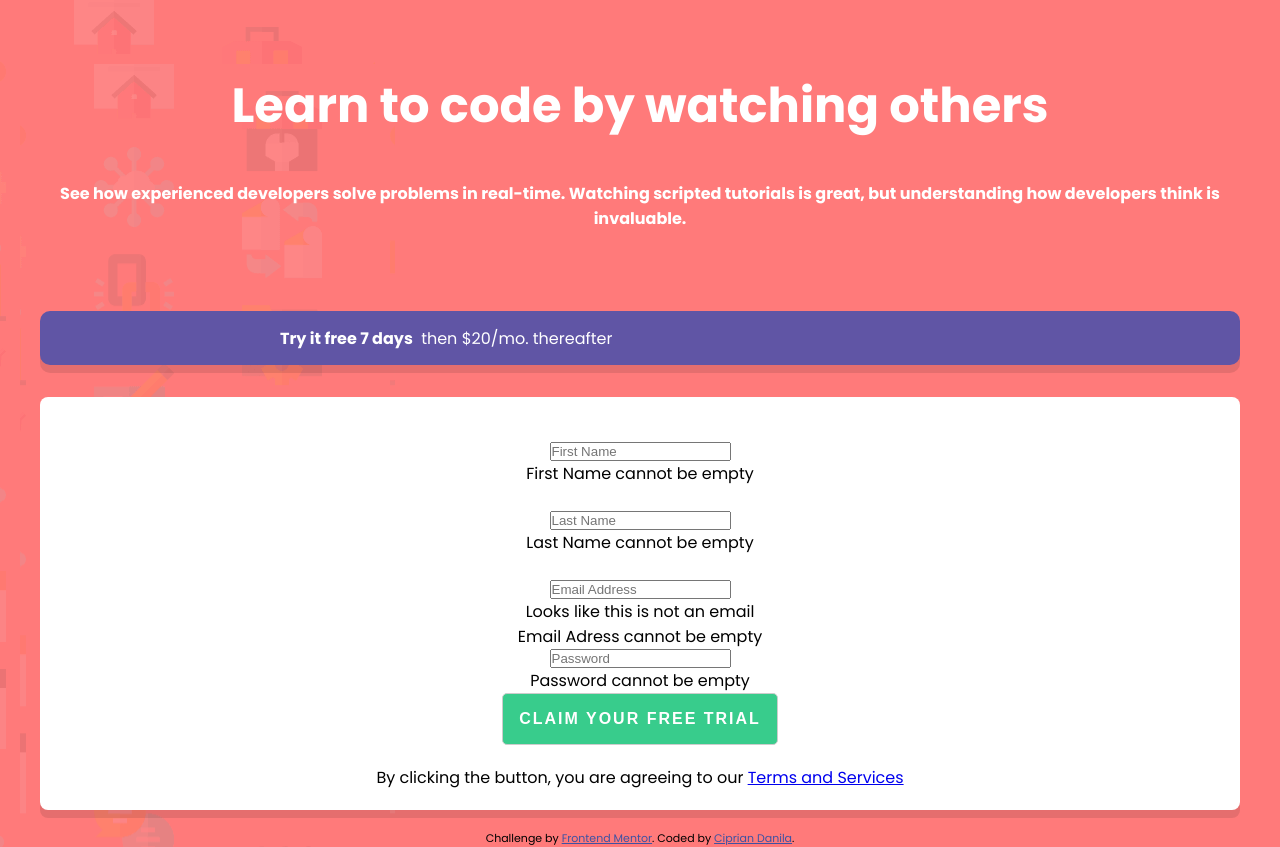
Repository: cipdanila/intro-component-with-sign-up-form
Page: index.html
The author's editor kept a copy of each file at every save. The page is drawn from the files as they stood at one save, then again after the next save.
The browser window is 1280 px wide. The pictures show the whole page.

Above is the page before, as saved 2024-02-14 19:24:23.

### index.html
<!DOCTYPE html>
<html lang="en">
    <head>
        <meta charset="UTF-8" />
        <meta name="viewport" content="width=device-width, initial-scale=1.0" />
        <!-- displays site properly based on user's device -->

        <link rel="icon" type="image/png" sizes="32x32" href="./images/favicon-32x32.png" />
        <link rel="stylesheet" href="css/styles.css" />
        <title>Frontend Mentor | Intro component with sign up form</title>
    </head>
    <body>
        <main>
            <div class="container">
                <section class="container-info">
                    <h1 class="learn-title">Learn to code by watching others</h1>
                    <p class="intro">
                        See how experienced developers solve problems in real-time. Watching scripted tutorials is great, but
                        understanding how developers think is invaluable.
                    </p>
                </section>
                <section class="container-form">
                    <h2 class="price-title"><span>Try it free 7 days</span> then $20/mo. thereafter</h2>
                    <div class="form">
                        <form action="" class="register-form">
                            <label for="fname"> </label><br />
                            <input type="text" name="fname" id="fname" class="input-field" placeholder="First Name" required />
                            <span class="error-message" id="fname-error">First Name cannot be empty</span>
                            <label for="lname"> </label><br />
                            <input type="text" name="lname" id="lname" placeholder="Last Name" required />
                            <span class="error-message" id="lname-error">Last Name cannot be empty</span>
                            <label for="email"> </label><br />
                            <input type="email" name="email" id="email" placeholder="Email Address" required />
                            <span class="error-message" id="email-error">Looks like this is not an email</span>
                            <span class="error-message" id="email-error2">Email Adress cannot be empty</span>
                            <label for="password"></label>
                            <input type="password" name="password" id="password" placeholder="Password" required />
                            <span class="error-message" id="password-error">Password cannot be empty</span>
                            <button type="submit" id="login-button">Claim your free trial</button>
                            <p>By clicking the button, you are agreeing to our <a class="terms" href="#">Terms and Services</a></p>
                        </form>
                    </div>
                </section>
            </div>
        </main>

        <footer>
            <div class="attribution">
                Challenge by
                <a
                    href="https://www.frontendmentor.io/challenges/intro-component-with-signup-form-5cf91bd49edda32581d28fd1/hub"
                    target="_blank"
                    rel="noopener noreferer"
                    >Frontend Mentor</a
                >. Coded by <a href="https://github.com/cipdanila" target="_blank" rel="noopener noreferer">Ciprian Danila</a>.
            </div>
        </footer>
    </body>
</html>

### css/styles.css
@import url("https://fonts.googleapis.com/css2?family=Poppins:wght@400;500;600;700&display=swap");

:root {
    /* Colors */
    /* Primary */
    --red: hsl(0, 100%, 74%);
    --green: hsl(154, 59%, 51%);
    /* Accent */
    --blue: hsl(248, 32%, 49%);
    /* Neutral */
    --dark-blue: hsl(249, 10%, 26%);
    --grayish-blue: hsl(246, 25%, 77%);
    --white: #fff;
    /* Other variables */
    --font-size-base: 1rem; /* 16px */
    --font-weight-base: 400;
}

*,
*::after,
*::before {
    margin: 0;
    padding: 0;
    box-sizing: border-box;
}

body,
html {
    font-family: "Poppins", sans-serif;
    font-size: var(--font-size-base);
    font-weight: var(--font-weight-base);
    background: var(--red) url(/images/bg-intro-mobile.png) no-repeat;
    padding: 0 1.25rem;
}

.learn-title {
    font-size: 3rem;
    font-weight: 700;
    color: #fff;
    line-height: 3.3rem;
    padding: 1rem;
    margin-bottom: 1rem;
    margin-top: 4rem;
    text-align: center;
}

.intro {
    color: var(--white);
    padding: 1rem;
    font-weight: 700;
    margin-bottom: 4rem;
    text-align: center;
}

.price-title {
    font-size: 1rem;
    font-weight: 400;
    background-color: var(--blue);
    color: var(--white);
    box-shadow: rgba(0, 0, 0, 0.1) 0px 0.5rem;
    /* display: flex;*/
    align-items: center;
    /*justify-content: center; */
    padding: 0.928rem 20%;
    border-radius: 0.625rem;
    margin-bottom: 2rem;
}


.price-title > span {
    font-weight: 700;
    margin-right: 0.25rem;
}

.register-form {
    background-color: var(--white);
    padding: 1.25rem;
    border-radius: 0.5rem;
    box-shadow: rgba(0, 0, 0, 0.1) 0px 0.5rem;
    display: flex;
    flex-direction: column;
    align-items: center;
    justify-content: center;
}

.register-form button {
    background-color: var(--green);
    color: var(--white);
    cursor: pointer;
    padding: 1rem;
    margin-bottom: 1.200rem;
    border-radius: 0.313rem;
    border: 1px solid #ccc;
    font-size: 1rem;
    font-weight: 700;
    letter-spacing: 2px;
    text-transform: uppercase;
}

footer {
    margin-top: 20px;
}

.attribution {
    font-size: 11px;
    text-align: center;
}

.attribution a {
    color: hsl(228, 45%, 44%);
}

/*
main {
    display: flex;
    justify-content: center;
    align-items: center;
    height: 100vh;
    background-color: var(--red);
    background-image: url("./images/bg-intro-desktop.png");
    background-size: cover;
    background-position: center;
    width: 100%;
}

.container {
    min-height: 100vh;
    display: flex;
    flex-direction: row;
    align-items: center;
    justify-content: center;
    padding: 5rem;
}

section {
    max-width: 100%;
    width: 50%;
    display: flex;
    flex-direction: column;
    align-items: center;
    justify-content: center;
    padding: 2rem;
}

input[type="text"],
input[type="email"],
input[type="password"] {
    width: calc(100% - 1.125rem);
    padding: 1.125rem;
    margin-bottom: 1.200rem;
    border-radius: 5px;
    border: 1px solid #ccc;
    color: var(--dark-blue);
    font-size: 1rem;
    font-weight: 700;
    text-indent: 0.75rem;
}

input {
    border-style: none;
    outline: none;
}

input:focus {
    border: 1px solid var(--blue);
}

.input-field {
    border: 1px solid var(--dark-blue);
}

.input-field.input-error {
    border-color: var(--red);
}

.input-field.input-error::after {
    content: "";
    position: absolute;
    top: 50%;
    right: 10px;
    transform: translateY(-50%);
    width: 10px;
    height: 10px;
    background-image: url(./images/icon-error.svg);
    background-size: contain;
    background-color: var(--red);
    border-radius: 50%;
}

.error-message {
    display: none;
    color: var(--red);
    font-size: 12px;
    margin-top: 5px;
}

.error-message.show {
    display: block;
}

button:hover {
    background-color: hsl(154, 59%, 68%);
    cursor: pointer;
}

form p {
    color: var(--grayish-blue);
    font-size: 0.7rem;
    font-weight: 700;
    letter-spacing: -0.016rem;
    display: flex;
    align-items: center;
    justify-content: center;
}

.terms {
    color: var(--red);
    padding-left: 4px;
    font-weight: 700;
}


/* @media (max-width: 650px) {
    main {
        height: auto;
    }
    .container {
        width: 100%;
        flex-direction: column;
        padding: 1rem;
    }
    section {
        width: 100%;
        padding: 1rem;
    }

    .learn {
        font-size: 1.6rem;
        line-height: normal;
        margin: 3rem;
        padding: 1rem;
    }
} */
/*
@media screen and (max-width: 768px) {
    .container {
        flex-direction: column;
        text-align: center;
        padding: 3rem;
    }

    section {
        width: 100%;
    }

    .container-form {
        margin-bottom: 5rem;
        margin-right: 0;
    }
} */

After the next save:
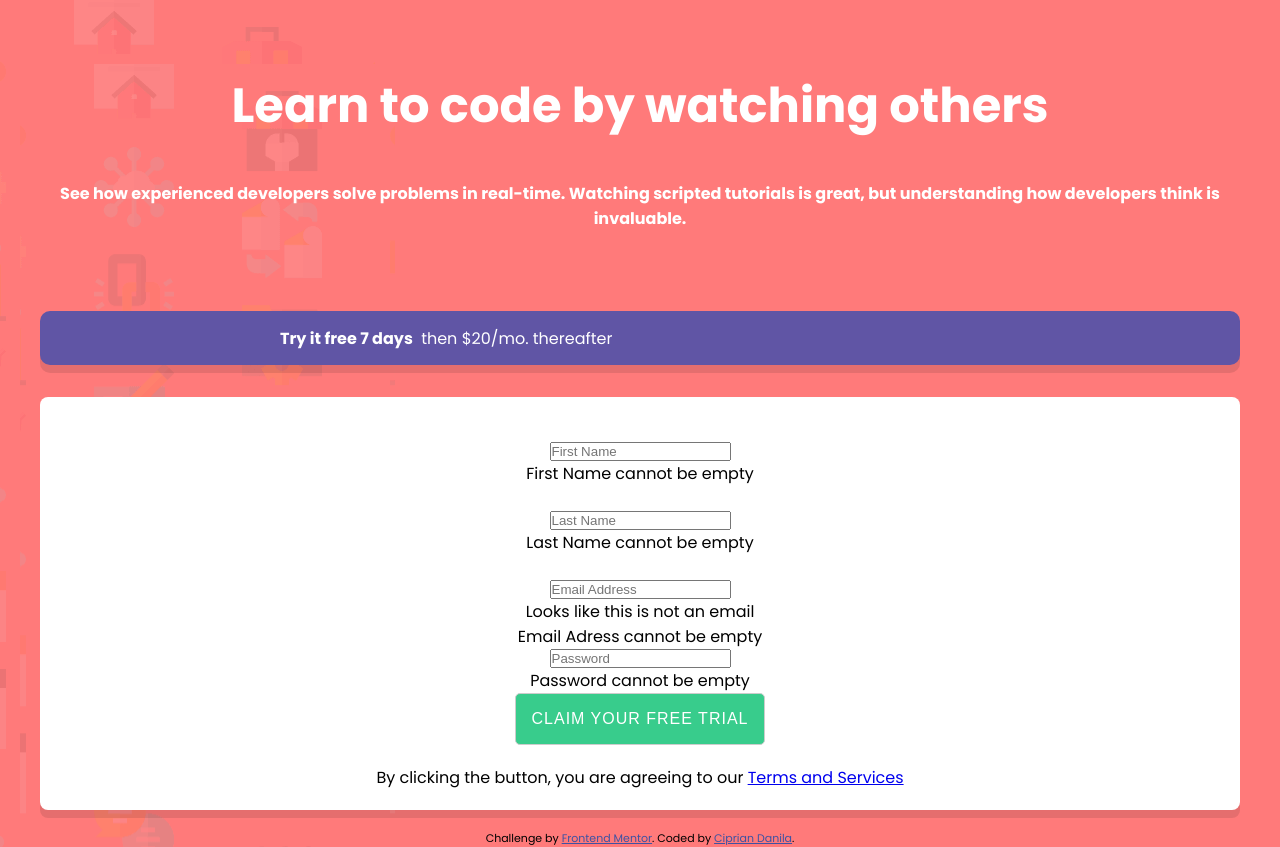
Saved 22 s later.
--- a/css/styles.css
+++ b/css/styles.css
@@ -92,8 +92,8 @@
     border-radius: 0.313rem;
     border: 1px solid #ccc;
     font-size: 1rem;
-    font-weight: 700;
-    letter-spacing: 2px;
+    font-weight: 500;
+    letter-spacing: 1px;
     text-transform: uppercase;
 }
 
